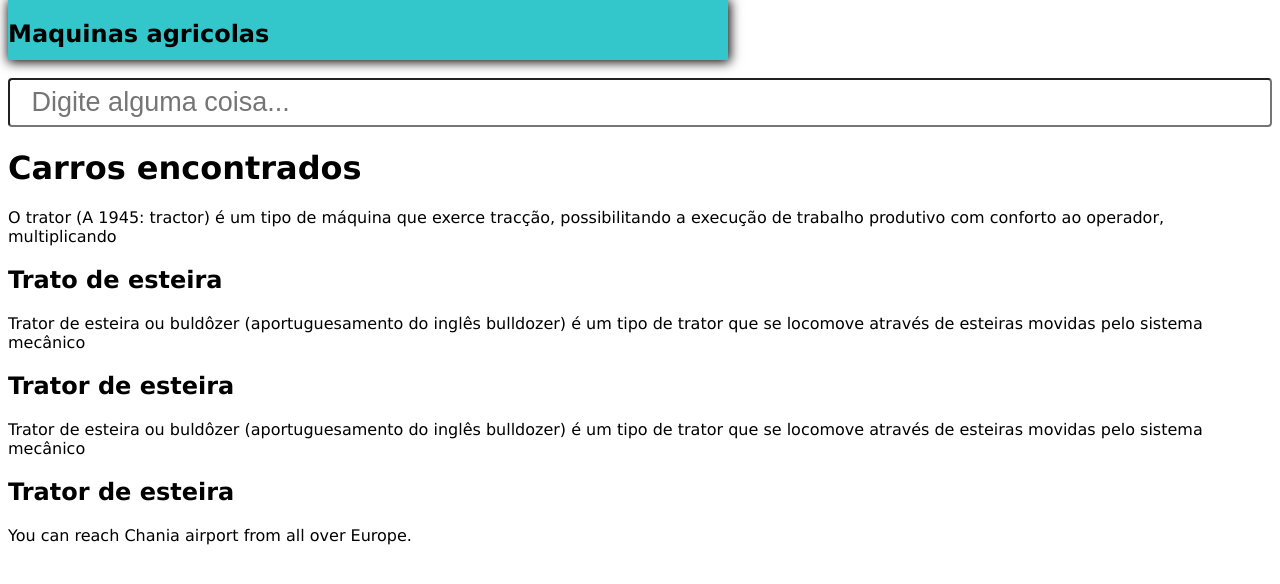
Repository: ecrseer/pesquisa-carros-html
Page: news.html
An editor plug-in stored every save of this project. The page is shown before and after the next save, followed by the edit.
The browser window is 1280 px wide. The pictures show the whole page.

Above is the page before, as saved 2022-01-21 16:32:51.

### news.html
<!doctype html>

<html lang="pt-br">
  <html lang="pt-br">
    <head>
        <meta charset="UTF-8"/>
        <meta name="viewport" content="width=device-width,
        initial-scale=1.0"/>
        <meta http-equiv="X-UA-Compatible" content="ie=edge">
        <title>Vendarro LTDA</title>

  <link rel="stylesheet" href="news.css">

</head>

<body>
    <nav class="header">
        <h1>Maquinas agricolas</h1>

      </nav>
      <div class="">
        <div class="espaco"></div>
        <div class="row">
               <input type="text" class="maxwidth borda-redonda"
               placeholder="Digite alguma coisa...">
        </div>


        <div class="row">
          <h1>Carros encontrados</h1>
          <p>O trator (A 1945: tractor) é um tipo de máquina que exerce tracção, possibilitando a execução de trabalho produtivo com conforto ao operador, multiplicando </p>
        </div>

        <div class="col-3 col-s-12">
          <div class="aside">
            <h2>Trato de esteira</h2>
            <p>Trator de esteira ou buldôzer (aportuguesamento do inglês bulldozer) é um tipo de trator que se locomove através de esteiras movidas pelo sistema mecânico</p>
            <h2>Trator de esteira</h2>
            <p>Trator de esteira ou buldôzer (aportuguesamento do inglês bulldozer) é um tipo de trator que se locomove através de esteiras movidas pelo sistema mecânico</p>
            <h2>Trator de esteira</h2>
            <p>You can reach Chania airport from all over Europe.</p>

          </div>
        </div>


      </div>

  <script src="scripts.js"></script>

</body>
</html>

### news.css
* {
    box-sizing: border-box;
    --topbar-altura:60px;
  }

  html {
    font-family: "Lucida Sans", sans-serif;
  }
  .espaco{
    height: calc(var(--topbar-altura) + 10px);
  }
  .maxwidth{
    width: 100%;
  }
  .borda-redonda{
    border-radius: 4px;
  }
  input{
    padding: 1vh;
    padding-left: 3vh;
    font-size: 27px;
  }

  .header {
    background-color: #33c7cc;
    position: fixed;
    top:0;
    width: 100vh;
    max-height: var(--topbar-altura);
    box-shadow: 1px 1px 11px 1px;
  }

### scripts.js
function recurs(nmbr){

    if (nmbr==1)
    return 1;
    else
    arr.push(3*recurs(nmbr-1));
}

let
    isWhite = false,
    arr=[];
    let
    fixo=new Array(5);

    fixo[0]='E';
    fixo[4]='S';
    console.log(fixo);


function changeTheme(){
    isWhite ? document.querySelector("body").style.backgroundColor='#010101' :
    document.querySelector("body").style.backgroundColor='#fff';

    isWhite= !isWhite;

    function hapn(){
        console.log('data');
    }

    console.log(arr);
}

After the next save:
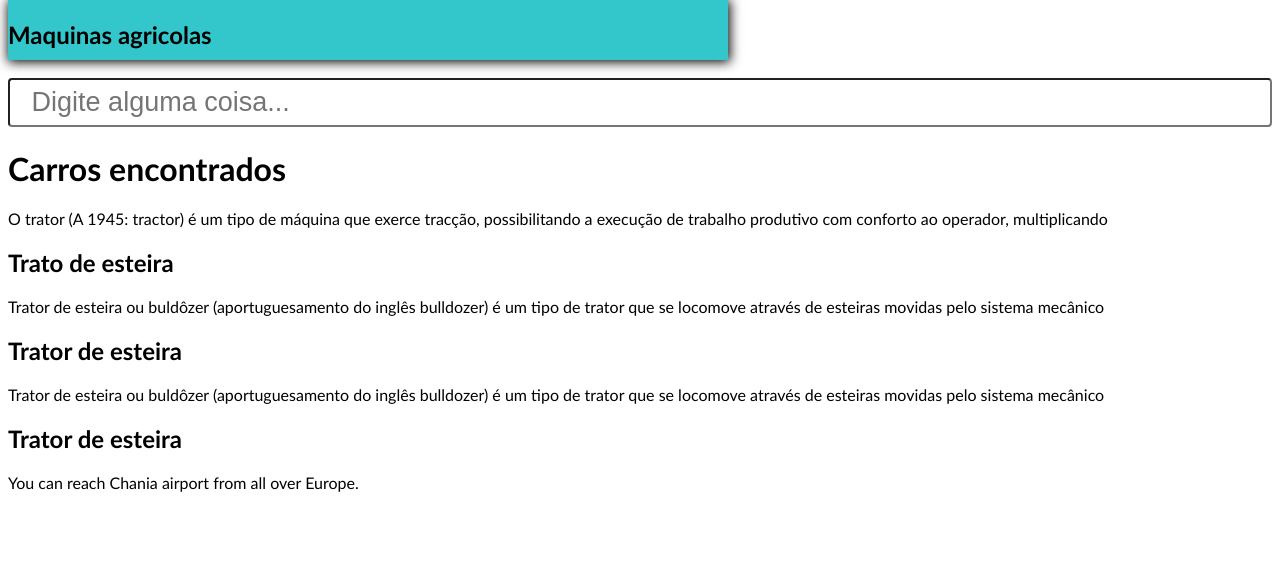
Saved 9 s later.
--- a/news.css
+++ b/news.css
@@ -4,7 +4,7 @@
   }
 
   html {
-    font-family: "Lucida Sans", sans-serif;
+    font-family: "Calibri","Lucida Sans", sans-serif;
   }
   .espaco{
     height: calc(var(--topbar-altura) + 10px);
